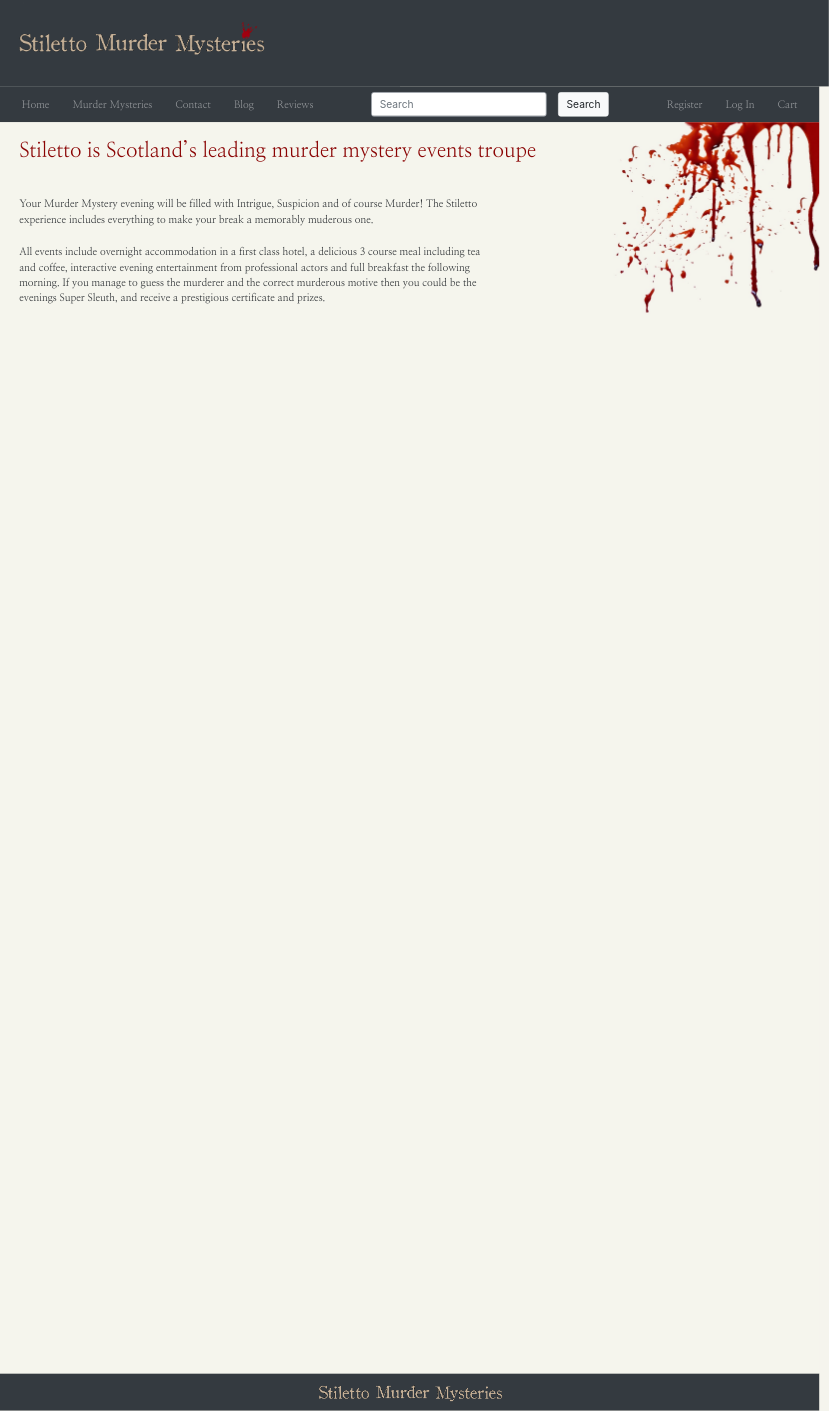
Repository: TaylorD1982/murder-milestone
Page: templates/base.html
The author's editor kept a record of every edit. The page is drawn from the files as they stood at one moment, then again after the next edit.
The browser window is 1280 px wide. The page is 1295 px wide, so the pictures cover 1295 px, including what lies to the right of the window. The pictures show the whole page, at 64% of full size.
Some icons come from a web library that is not loaded, so they are not drawn. Some web fonts or font styles are not loaded; a fallback is used. Some web libraries are served in a nearby version. The template is drawn by Django 2.2. The application's start-up code is not run. Other server files are loaded and not shown. The template is opened directly, without the code that normally fills it, so the values that code supplies are empty.

Above is the page before.
Console error (its wording comes from the project's code and is left out).

### templates/base.html
{% load staticfiles %}
<!DOCTYPE html>
<html lang="en">

<head>
    <meta charset="UTF-8">
    <meta name="viewport" content="width=device-width, initial-scale=1.0">
    <meta http-equiv="X-UA-Compatible" content="ie=edge">
    <title>Stiletto Murder Mysteries</title>
    <link rel="stylesheet" href="https://stackpath.bootstrapcdn.com/bootstrap/4.3.1/css/bootstrap.min.css" integrity="sha384-ggOyR0iXCbMQv3Xipma34MD+dH/1fQ784/j6cY/iJTQUOhcWr7x9JvoRxT2MZw1T" crossorigin="anonymous">
    <link rel="stylesheet" href="{% static 'font-awesome/css/font-awesome.min.css' %}">
    <link rel="stylesheet" href="{% static 'css/custom.css' %}">
    <script src="https://cdnjs.cloudflare.com/ajax/libs/twitter-bootstrap/3.3.7/js/bootstrap.min.js"></script>
    <script src="https://code.jquery.com/jquery-3.2.1.slim.min.js" integrity="sha384-KJ3o2DKtIkvYIK3UENzmM7KCkRr/rE9/Qpg6aAZGJwFDMVNA/GpGFF93hXpG5KkN" crossorigin="anonymous"></script>
    <script src="https://cdnjs.cloudflare.com/ajax/libs/popper.js/1.12.9/umd/popper.min.js" integrity="sha384-ApNbgh9B+Y1QKtv3Rn7W3mgPxhU9K/ScQsAP7hUibX39j7fakFPskvXusvfa0b4Q" crossorigin="anonymous"></script>
    <link rel="icon" href="{% static 'images/icon.png' %}">
    <script type="text/javascript" src="https://cdn.jsdelivr.net/npm/emailjs-com@2.3.2/dist/email.min.js"></script>
    <script type="text/javascript">
        (function(){
            emailjs.init("user_UbfQMZPiQGURDwMtv5SCI");
        })();
    </script>


    <link href="https://fonts.googleapis.com/css2?family=Italianno&display=swap" rel="stylesheet">
    <script src="https://kit.fontawesome.com/5336900852.js" crossorigin="anonymous"></script>
    <link href="https://fonts.googleapis.com/css?family=Nanum+Myeongjo&display=swap" rel="stylesheet"> {% block head_js %} {% endblock head_js %}
</head>

<body class="body">
    <div class="row banner">
        <div class="col-sm-12 col-md-12 col-lg-6 col-xl-6">
            <div>
                <img width="100%" src="{% static 'images/banner-desktop-blood.png' %}" alt="Stiletto Murder Mysteries">
            </div>
        </div>
        <div class="col-sm-12 col-md-12 col-lg-6 col-xl-6 banner-icons mobileHide">
            <div class="banner-contact">
                <div>
                    <i class="fas fa-phone contact-navbar">&nbsp;&nbsp;01945 232300</i>
                </div>
                <div>
                    <i class="far fa-question-circle contact-navbar">&nbsp;&nbsp;stilettomurder@gmail.com</i>
                </div>
            </div>
            <div class="banner-social-media">
                <a href="https://facebook.com" target="_blank" class="fa fa-facebook"></a>
                <a href="https://twitter.com" target="_blank" class="fa fa-twitter fa-large"></a>
                <a href="https://instagram.com" target="_blank" class="fa fa-instagram fa-large"></a>
            </div>
        </div>
    </div>

    <!-- Fixed masthead -->

    <nav class="navbar navbar-expand-lg navbar-dark bg-dark">
        <button class="navbar-toggler mx-auto" type="button" data-toggle="collapse" data-target="#navbarNavAltMarkup" aria-controls="navbarNavAltMarkup" aria-expanded="false" aria-label="Toggle navigation">
    <span class="navbar-toggler-icon"></span>
  </button>
        <div class="collapse navbar-collapse" id="navbarNavAltMarkup">
            <ul class="navbar-nav mr-auto">
                <li class="nav-item">
                    <a class="nav-link" href="/">Home</a>
                </li>
                <li class="nav-item">
                    <a class="nav-link" href="{% url 'products' %}">Murder Mysteries</a>
                </li>
                <li class="nav-item">
                    <a class="nav-link" href="{% url 'contact' %}">Contact</a>
                </li>
                <li class="nav-item">
                    <a class="nav-link" href="{% url 'get_posts' %}">Blog</a>
                </li>
                <li class="nav-item">
                    <a class="nav-link" href="{% url 'get_reviews' %}">Reviews</a>
                </li>
            </ul>
            <form class="form-inline my-2 my-lg-0" action="{% url 'search' %}" method="get">
              <input class="form-control mr-sm-2" placeholder="Search" aria-label="Search" type="text" name="q">
              <button class="btn btn-light my-2 my-sm-0" type="submit">Search</button>
            </form>
            <ul class="navbar-nav ml-auto">
                {% if user.is_authenticated %}
                <li class="nav-item">
                    <a class="nav-link" href="{% url 'profile' %}">Profile</a>
                </li>
                <li class="nav-item">
                    <a class="nav-link" href="{% url 'logout' %}">Log Out</a>
                </li>
                {% else %}
                <li class="nav-item">
                    <a class="nav-link" href="{% url 'registration' %}">Register</a>
                </li>
                <li class="nav-item">
                    <a class="nav-link" href="{% url 'login' %}">Log In</a>
                </li>
                {% endif %}
                <li class="nav-item">
                    <a class="nav-link" href="{% url 'view_cart' %}">
                        <i class="fa fa-shipping-cart"></i>Cart
                            {% if product_count > 0 %}
                            <label class="badge badge-warning">{{ product_count }}</label>
                            {% endif %}
                    </a>
                </li>
            </ul>
        </div>
    </nav>

    <div = class="home">
        {% block content %}

        <img width="100%" src="{% static 'images/haunted-house-desktop.jpeg' %}" alt="Football League" class="mobileHide">
        <img width="100%" src="{% static 'images/haunted-house-mobile.png' %}" alt="Football League" class="mobileShow">
          <div class="top-left">
              <h1 class="home-text">Stiletto is Scotland’s leading murder mystery events troupe</h1>
              <p class="home-content">Your Murder Mystery evening will be filled with
              Intrigue, Suspicion and of course Murder! The Stiletto experience includes everything to
              make your break a memorably muderous one.</p>
              <p class="home-content">All events include overnight accommodation in a first class hotel,
              a delicious 3 course meal including tea and coffee, interactive evening entertainment
              from professional actors and full breakfast the following morning. If you manage to
              guess the murderer and the correct murderous motive then you could be the evenings
              Super Sleuth, and receive a prestigious certificate and prizes.</p>
          </div>


        {% endblock %}
        {% if messages %}
                <div class="messages">
                    {% for message in messages %} {{ message }} {% endfor %}
                </div>
        {% endif %}
    </div>

    <footer>
        <div>
            <img width="100%" src="{% static 'images/footer-desktop.png' %}" alt="Stiletto Murder Mysteries">
        </div>
    </footer>

<script src="https://code.jquery.com/jquery-3.3.1.slim.min.js" integrity="sha384-q8i/X+965DzO0rT7abK41JStQIAqVgRVzpbzo5smXKp4YfRvH+8abtTE1Pi6jizo" crossorigin="anonymous"></script>
<script src="https://cdnjs.cloudflare.com/ajax/libs/popper.js/1.14.7/umd/popper.min.js" integrity="sha384-UO2eT0CpHqdSJQ6hJty5KVphtPhzWj9WO1clHTMGa3JDZwrnQq4sF86dIHNDz0W1" crossorigin="anonymous"></script>
<script src="https://stackpath.bootstrapcdn.com/bootstrap/4.3.1/js/bootstrap.min.js" integrity="sha384-JjSmVgyd0p3pXB1rRibZUAYoIIy6OrQ6VrjIEaFf/nJGzIxFDsf4x0xIM+B07jRM" crossorigin="anonymous"></script>
</body>

</html>

### static/css/custom.css
.body {
    background-color: #f5f4ed;
}


/*-------------------------Navigation Bar--------*/

.navbar-nav {
  font-family: 'Nanum Myeongjo', serif;
  font-size: 1.25em;
 }

.nav-item {
  padding-left: 10px;
  padding-right: 10px;
 }

@media only screen and (min-device-width: 0px) and (max-device-width: 1000px) {
 .navbar-nav {
  font-family: 'Nanum Myeongjo', serif;
  font-size: 1em;
 }}

.fa {
    color: #C7B299;
    font-size: 1em;
    transition: transform .2s;
    margin: 0 auto;
}


.form-control {
    width: 230px;
}

.btn {
    margin-left: 10px;
}

/*-------------Products Page--------*/

.product-name {
    font-family: 'Italianno', cursive;
    color: #8a0303;
    font-size: 4em;
}

.product-description {
    font-family: 'Nanum Myeongjo', serif;
    font-size: 1.25em;
}

.modal-description {
    font-family: 'Nanum Myeongjo', serif;
    font-size: 1.1em;
}

@media only screen and (min-device-width: 0px) and (max-device-width: 1000px) {
.product-image {
    padding-bottom: 20px;
    padding-left: 50px;
    padding-right: 50px;
}}

@media only screen and (min-device-width: 0px) and (max-device-width: 1000px) {
.product-description {
    font-family: 'Nanum Myeongjo', serif;
    font-size: 1.1em;
}}

.products {
    padding-top: 30px;
}

@media only screen and (min-device-width: 0px) and (max-device-width: 1000px) {
.products {
    padding-top: 5px;
}}

/*-------------Banner Formatting--------*/

.banner-icons {
    position: relative;
}

.banner-social-media {
    position: absolute;
    bottom: 10px;
    right: 50px;
}

.banner-contact {
    position: absolute;
    bottom: 50px;
    right: 50px;
}

.banner {
    background-color: #343A40;
}

.contact-navbar {
  font-family: 'Nanum Myeongjo', serif;
  font-size: 1em;
  float: right;
  color: #C7B299;
  padding-top: 5px;
  padding-bottom: 10px;
}


/*-------------------------contact page-------*/

.contact {
    padding-top: 50px;
}

@media only screen and (min-device-width: 0px) and (max-device-width: 1000px) {
.contact {
    padding-top: 10px;
    padding-bottom: 10px;
}}

.form-group {
    padding-right: 7px;
}

.contact-title {
    font-family: 'Italianno', cursive;
    color: #8a0303;
    font-size: 4em;
    padding-bottom: 30px;
}

@media only screen and (min-device-width: 0px) and (max-device-width: 1000px) {
.contact-title {
    font-family: 'Italianno', cursive;
    font-size: 4em;
    padding-bottom: 20px;
}}

.contact-heading {
  font-family: 'Nanum Myeongjo', serif;
  font-size: 1.5em;
  color: #8a0303
}

.contact-content {
  font-family: 'Nanum Myeongjo', serif;
  font-size: 1.3em;
  padding-bottom: 30px;
}

@media only screen and (min-device-width: 0px) and (max-device-width: 1000px) {
.contact-content {
  font-family: 'Nanum Myeongjo', serif;
  font-size: 1.3em;
  padding-bottom: 10px;
}}

.contact-instruction {
  font-family: 'Nanum Myeongjo', serif;
  font-size: 1.3em;
  padding-bottom: 30px;
}

@media only screen and (min-device-width: 0px) and (max-device-width: 1000px) {
.contact-instruction {
  padding-top: 15px;
}}

.fa:hover {
  -ms-transform: scale(1.1); /* IE 9 */
  -webkit-transform: scale(1.1); /* Safari 3-8 */
  transform: scale(1.1);
  color:black;
  text-decoration: none;
}

/*-------------------------cart page-------*/

.empty {
    padding-top: 50px;
}

/*-------------------------Log In page-------*/

.login-form {
    padding-right: 155px;
    padding-left: 155px;
    padding-top: 40px;
    padding-bottom: 50px;

}

/*---------Landing page formatting-------*/

.home {
    position: relative;
}

.messages {
    position:absolute;
    top:10px;
    left: 10px;
    z-index: 1;
    background-color: #39e600;
    font-family: 'Italianno', cursive;
    font-size: 2em;
    padding-bottom: 30px;

}

.input-group {
    margin-right: 10px;
}

.top-left {
  position: absolute;
  top: 80px;
  left: 30px;
}

@media only screen and (min-device-width: 0px) and (max-device-width: 1000px) {
.top-left {
  position: absolute;
  top: 25px;
  left: 30px;
}}

.home-text {
  font-family: 'Nanum Myeongjo', cursive;
  color: #8a0303;
  font-size: 2em;
  padding-bottom: 35px;
}

@media only screen and (min-device-width: 401px) and (max-device-width: 1000px) {
.home-text {
  font-family: 'Nanum Myeongjo', cursive;
  color: #8a0303;
  font-size: 2em;
  padding-bottom: 35px;
  width: 75%;
}}

@media only screen and (min-device-width: 0px) and (max-device-width: 400px) {
.home-text {
  font-family: 'Nanum Myeongjo', cursive;
  color: #8a0303;
  font-size: 2em;
  padding-bottom: 35px;
  width: 65%;
}}

.home-content {
  font-family: 'Nanum Myeongjo', serif;
  font-size: 1.3em;
  padding-bottom: 1px;
  padding-top: 10px;
  width: 60%;
}

@media only screen and (min-device-width: 0px) and (max-device-width: 1000px) {
.home-content {
  font-family: 'Nanum Myeongjo', serif;
  font-size: 1em;
  padding-bottom: 1px;
  padding-top: 10px;
}}

/*---------------Reviews page-------*/

.review-box {
    padding-top: 50px;
}

@media only screen and (min-device-width: 0px) and (max-device-width: 1000px) {
.review-box {
    padding-top: 70px;
}}

.post-review {
    position:absolute;
    top:20px;
    right: 50px;
}

@media only screen and (min-device-width: 0px) and (max-device-width: 1000px) {
.post-review {
    position:absolute;
    top: 5px;
    right: 8px;
}}

.review-title {
    font-family: 'Italianno', cursive;
    color: #8a0303;
    font-size: 3em;
}

.review-content {
  font-family: 'Nanum Myeongjo', serif;
  font-size: 1.3em;
  padding-bottom: 1px;
  padding-top: 10px;
}

.review-by {
  font-family: 'Nanum Myeongjo', serif;
  font-size: 1em;
  padding-bottom: 1px;
  padding-top: 10px;
}

/*---------------Blog page-------*/

.blog-title {
    font-family: 'Italianno', cursive;
    color: #8a0303;
    font-size: 3em;
}

.blog-content {
  font-family: 'Nanum Myeongjo', serif;
  font-size: 1.3em;
  padding-bottom: 1px;
  padding-top: 10px;
}

.blog-info {
  font-family: 'Nanum Myeongjo', serif;
  font-size: 1em;
  padding-bottom: 1px;
  padding-top: 10px;
}

/*---------------Hiding and resizing on different screen sizes-------*/

 .mobileShow {
  display: none;
 }

 @media only screen and (min-device-width: 0px) and (max-device-width: 1000px) {
  .mobileShow {
   display: inline;
  }
 }

 .mobileHide {
  display: inline;
 }

 @media only screen and (min-device-width: 0px) and (max-device-width: 1000px) {
  .mobileHide {
   display: none;
  }
 }

.modal-header {
    padding-bottom: 0px;
    border-bottom: white;
}

.modal-title {
    text-align: center;
}

Loaded but not shown: static/font-awesome/css/font-awesome.min.css (library)

After the next edit:
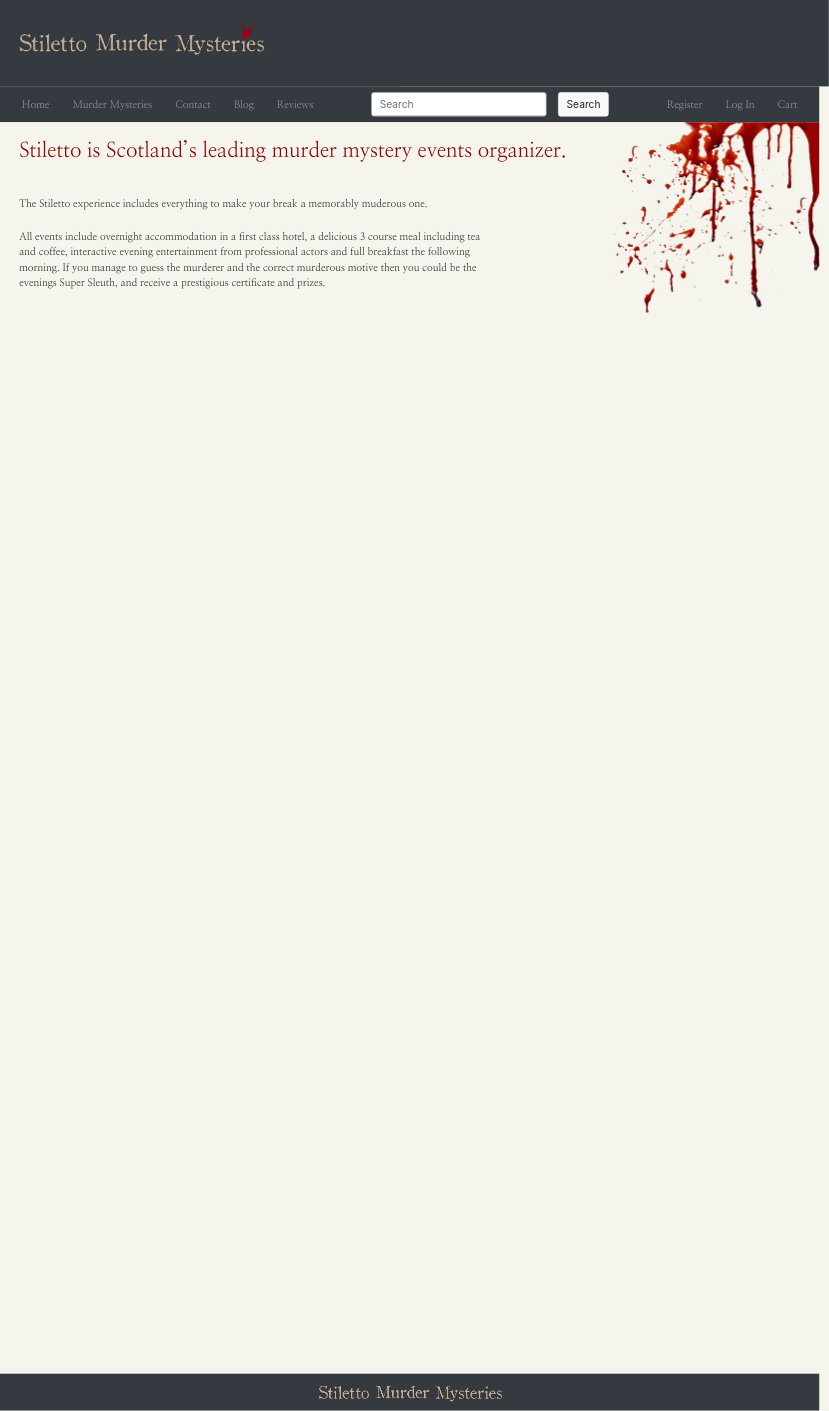
The edit:
--- a/templates/base.html
+++ b/templates/base.html
@@ -113,9 +113,8 @@
         <img width="100%" src="{% static 'images/haunted-house-desktop.jpeg' %}" alt="Football League" class="mobileHide">
         <img width="100%" src="{% static 'images/haunted-house-mobile.png' %}" alt="Football League" class="mobileShow">
           <div class="top-left">
-              <h1 class="home-text">Stiletto is Scotland’s leading murder mystery events troupe</h1>
-              <p class="home-content">Your Murder Mystery evening will be filled with
-              Intrigue, Suspicion and of course Murder! The Stiletto experience includes everything to
+              <h1 class="home-text">Stiletto is Scotland’s leading murder mystery events organizer.</h1>
+              <p class="home-content">The Stiletto experience includes everything to
               make your break a memorably muderous one.</p>
               <p class="home-content">All events include overnight accommodation in a first class hotel,
               a delicious 3 course meal including tea and coffee, interactive evening entertainment
